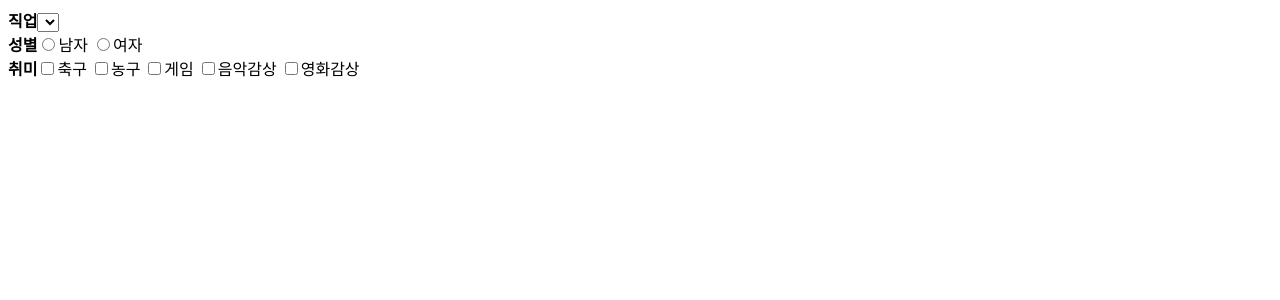
Repository: pillz9408/Jsp-Servlet
Page: jspstudy/day02/src/main/webapp/userInfo.html
The author's editor kept a copy of each file at every save. The page is drawn from the files as they stood at one save, then again after the next save.
The browser window is 1280 px wide. The pictures show the whole page.

Above is the page before, as saved 2022-10-05 02:29:12.

### jspstudy/day02/src/main/webapp/userInfo.html
<!DOCTYPE html>
<html>
<head>
<meta charset="UTF-8">
<title>Insert title here</title>
</head>
<body>
	<form>
	<b>직업</b><select name='job'>
		<option value="프리랜서">
		<option value="학생">
		<option value="군인">
		<option value="직장인">
		<option value="주부">
	</select><br>
	<b>성별</b><input type="radio"name="gender" value="male">남자
	<input type="radio"name="gender" value="female">여자<br>
	<b>취미</b><input type="checkbox"name="hobby">축구
	<input type="checkbox"name="hobby">농구
	<input type="checkbox"name="hobby">게임
	<input type="checkbox"name="hobby">음악감상
	<input type="checkbox"name="hobby">영화감상

	</form>


</body>
</html>

After the next save:
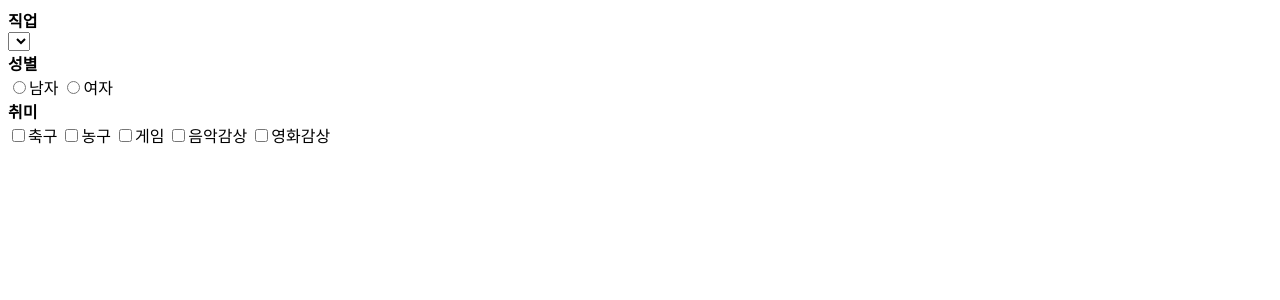
Saved 41 s later.
--- a/jspstudy/day02/src/main/webapp/userInfo.html
+++ b/jspstudy/day02/src/main/webapp/userInfo.html
@@ -6,16 +6,16 @@
 </head>
 <body>
 	<form>
-	<b>직업</b><select name='job'>
+	<b>직업</b><br><select name='job'>
 		<option value="프리랜서">
 		<option value="학생">
 		<option value="군인">
 		<option value="직장인">
 		<option value="주부">
 	</select><br>
-	<b>성별</b><input type="radio"name="gender" value="male">남자
+	<b>성별</b><br><input type="radio"name="gender" value="male">남자
 	<input type="radio"name="gender" value="female">여자<br>
-	<b>취미</b><input type="checkbox"name="hobby">축구
+	<b>취미</b><br><input type="checkbox"name="hobby">축구
 	<input type="checkbox"name="hobby">농구
 	<input type="checkbox"name="hobby">게임
 	<input type="checkbox"name="hobby">음악감상
